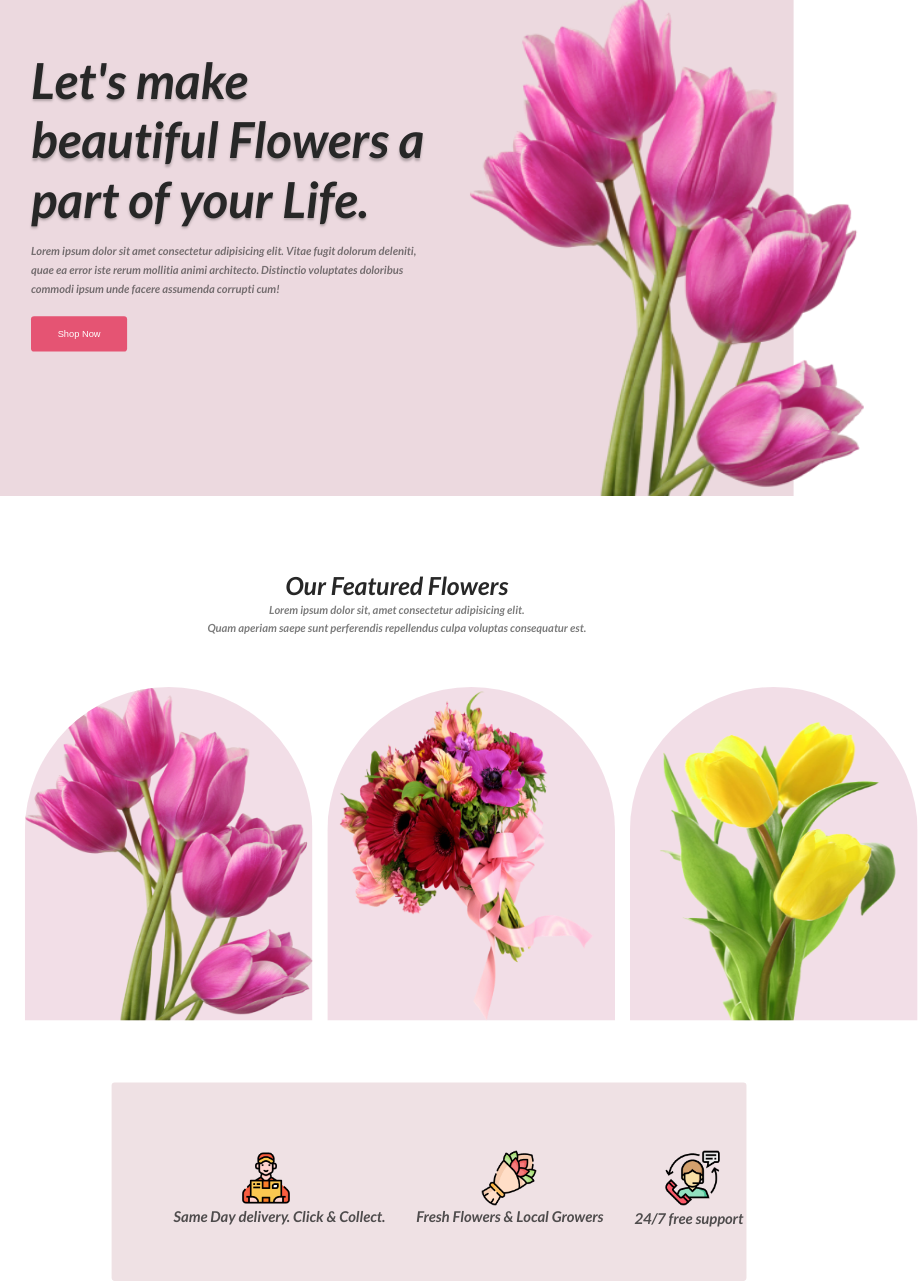
Repository: AnitaAkter/anita-flower-shop
Page: index.html
These files come from the project's save history. The page is drawn as it stood at one moment and after a run of saves; the edit follows.
The browser window is 1280 px wide. The page is 1480 px wide, then 1393 px, then 1480 px, so the pictures cover 1480 px, including what lies to the right of the window. The pictures show the whole page, at 62% of full size.

Above is the page before, as saved 2023-09-05 22:07:22.

After the next 2 saves:
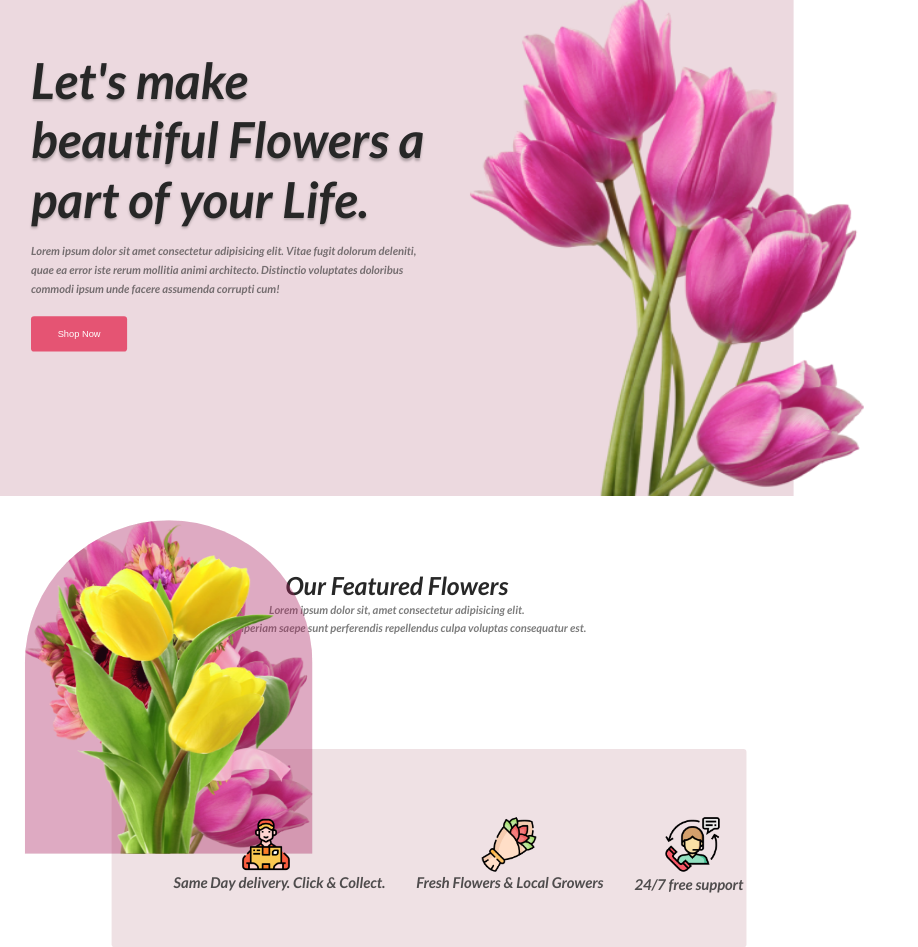
The 2 saves are shown as one change because they came seconds apart.
The last was saved 5 s later.
--- a/style.css
+++ b/style.css
@@ -143,7 +143,7 @@
 }
 
 .flowers {
-position: ;
+    position: absolute;
     width: 310px;
     height: 428px;
     flex-shrink: 0;

After the 3 saves that followed:
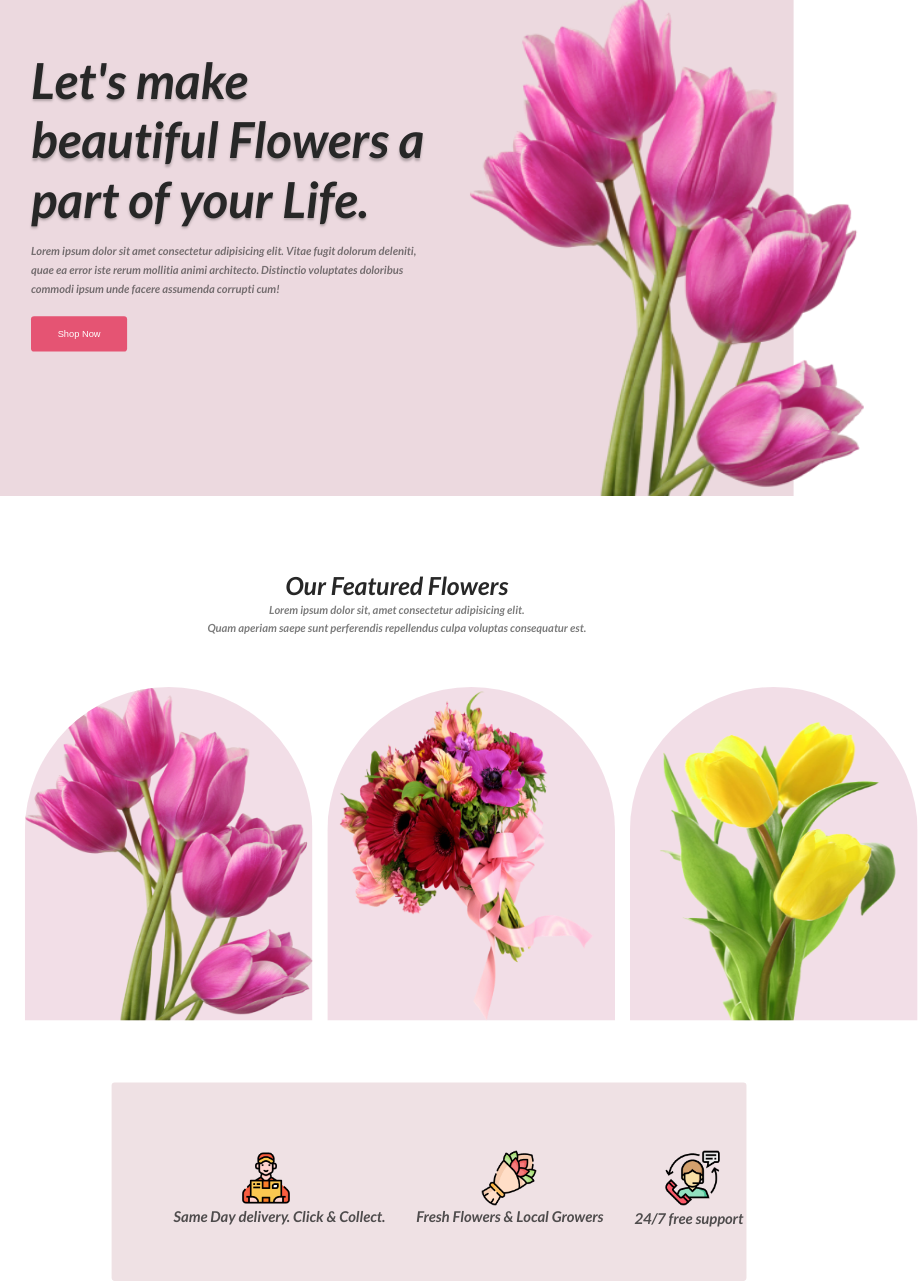
The 3 saves are shown as one change because 1 left the picture as it was and some came seconds apart.
The last was saved 14 s later.
--- a/style.css
+++ b/style.css
@@ -143,10 +143,11 @@
 }
 
 .flowers {
-    position: absolute;
+
     width: 310px;
     height: 428px;
     flex-shrink: 0;
+    align-content: center;
 
 }
 
